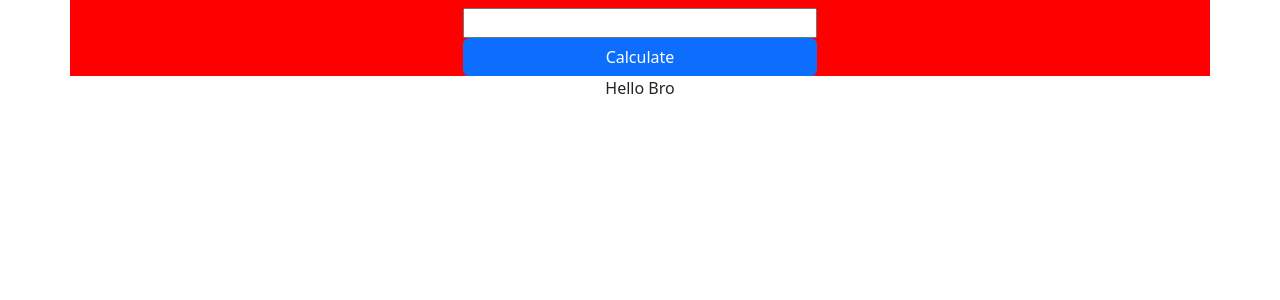
Repository: LeGrandMAG/magCalculator
Page: index.html
An editor plug-in stored every save of this project. The page is shown before and after a run of saves, followed by the edit.
The browser window is 1280 px wide. The pictures show the whole page.

Above is the page before, as saved 2022-05-26 13:10:33.

### index.html
<!DOCTYPE html>
<html lang="en">
<head>
    <meta charset="UTF-8">
    <meta http-equiv="X-UA-Compatible" content="IE=edge">
    <meta name="viewport" content="width=device-width, initial-scale=1.0">
    <link href="https://cdn.jsdelivr.net/npm/bootstrap@5.2.0-beta1/dist/css/bootstrap.min.css" rel="stylesheet" integrity="sha384-0evHe/X+R7YkIZDRvuzKMRqM+OrBnVFBL6DOitfPri4tjfHxaWutUpFmBp4vmVor" crossorigin="anonymous">
    <link rel="shortcut icon" href="assets/images/icon.ico"image/x-icon">
    <script src="app.js"></script>
    <link href="style.css" rel="stylesheet">
    <title>Price Calculator</title>
</head>
<body>


    <div class="container">
        <form class="row"action="">
            <input class="text form-elem mt-2" type="text">

                <button onclick="myFunction()" class="btn btn-primary"> Calculate</button>
        </form>
    </div>
    <p id="okay">Hello Bro</p>


</body>
</html>

### app.js


function myFunction(){
        document.getElementById('okay').innerHTML = "doll"

}

### style.css
body{
    margin:auto;
    align-items: center;
    text-align: center;
}
.container{
    margin:auto;
    background: red;
    display: flex;
    justify-content: center;
    align-items: center;
}

.form-elem{
    margin-top: 10;
    margin-bottom: 10;
}

After the next 2 saves:
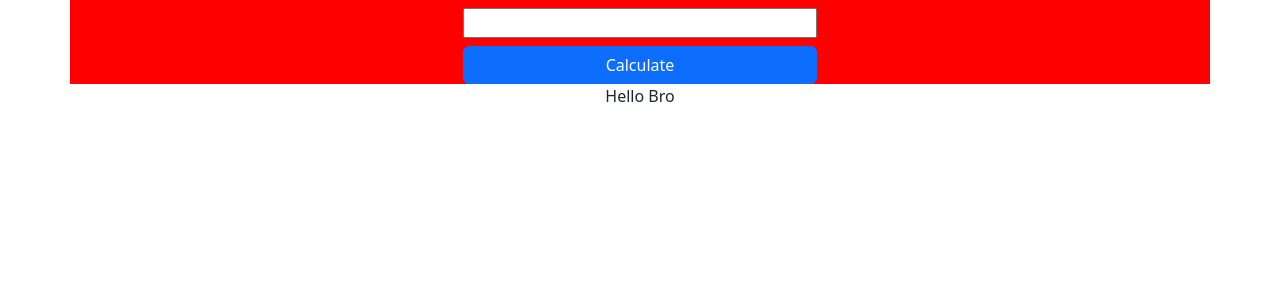
The 2 saves are shown as one change because they came seconds apart.
The last was saved 5 s later.
--- a/index.html
+++ b/index.html
@@ -15,7 +15,7 @@
 
     <div class="container">
         <form class="row"action="">
-            <input class="text form-elem mt-2" type="text">
+            <input class="text form-elem mt-2 mb-2" type="text">
 
                 <button onclick="myFunction()" class="btn btn-primary"> Calculate</button>
         </form>
